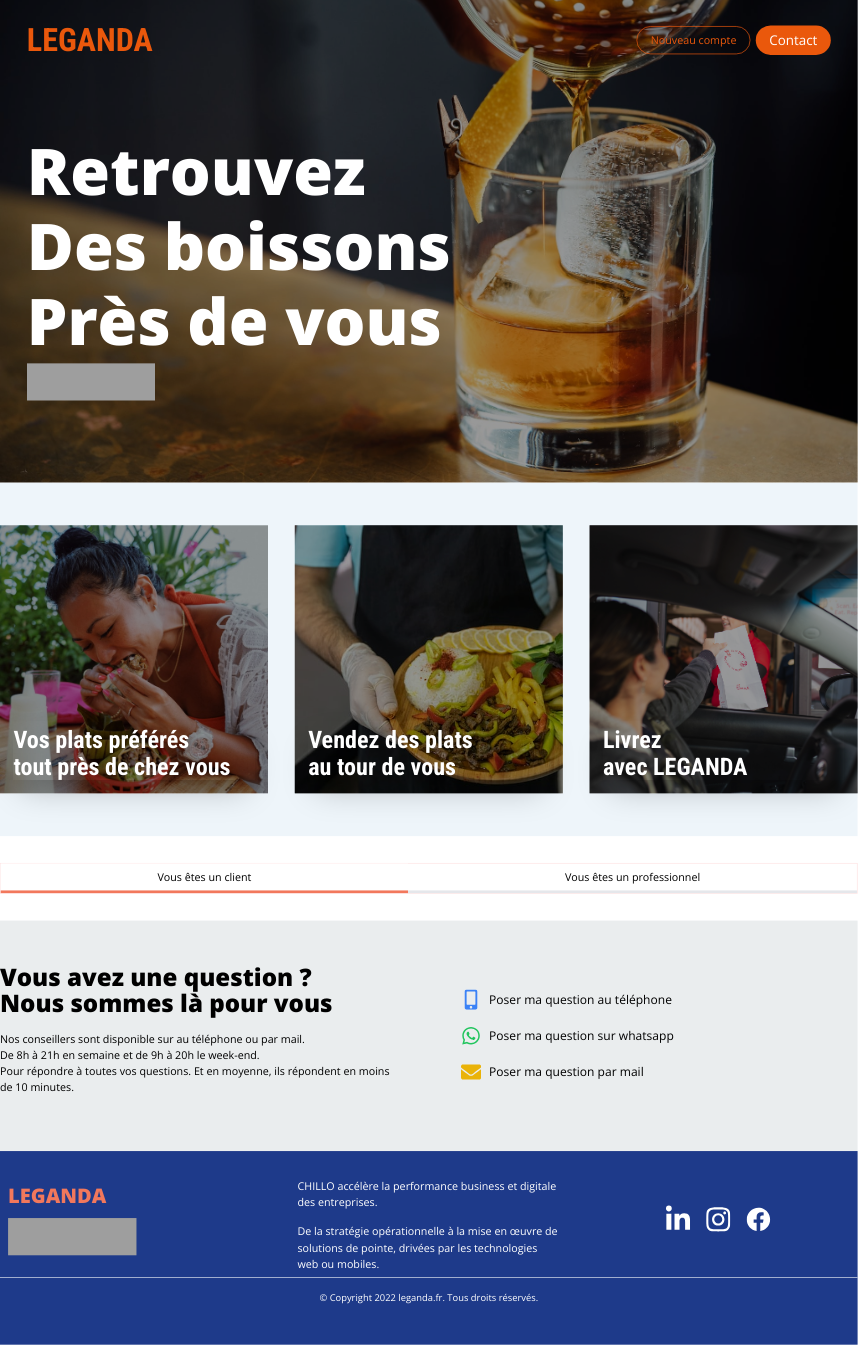
Repository: chillo-tech/website-leganda
Page: /
The author's editor kept a copy of each file at every save. The page is drawn from the files as they stood at one save, then again after the next save.
The browser window is 1280 px wide. The pictures show the whole page, at 67% of full size.
Pictures or frames that could not be fetched are drawn as grey boxes. The project was rebuilt for these pictures with package versions that can differ from the ones it lists, and the page was loaded fresh each time. Some packages were replaced by stand-ins written for this rebuild. The framework's server and built-in components were replaced by stand-ins that run in the browser. Also part of the build but not shown: next.config.js, components/header/items/SearchBar.tsx.

Above is the page before, as saved 2023-02-09 11:28:27.

After the next save:
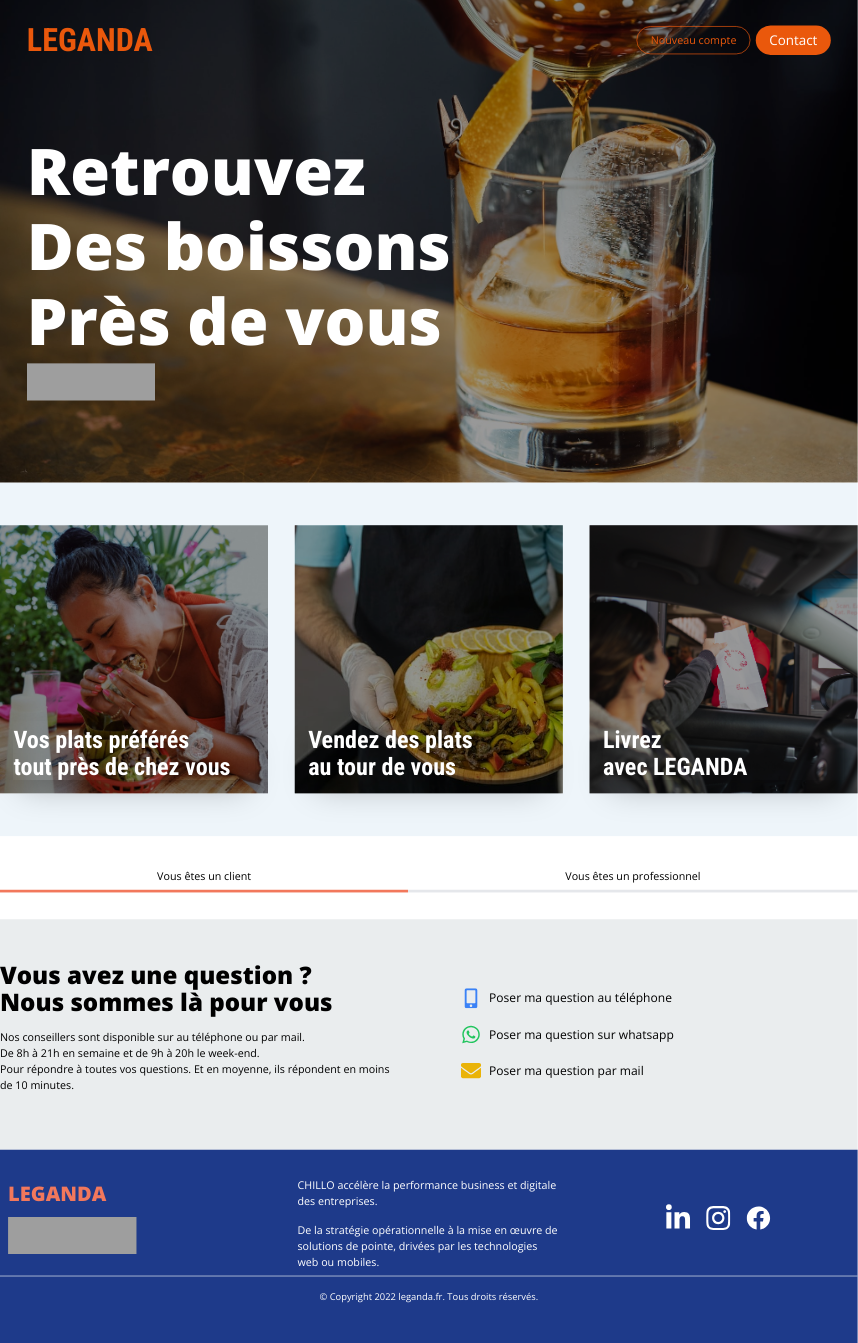
Saved 18 s later.
--- a/components/tabs/index.tsx
+++ b/components/tabs/index.tsx
@@ -5,7 +5,7 @@
   const [activeTab, setActiveTab] = useState("tab-0");
   return (
     <section className='container px-3 md:px-0 py-10'>
-      <ul className='flex  border border-red-100 justtify-center items-center'>
+      <ul className='flex justtify-center items-center'>
         {items.map((item: any, index: number) => (
           <li key={`tab-${index}`} className={classNames('grow border-b-4',{ 'bg-white border-app-orange': activeTab === `tab-${index}` })}>
             <button type='button' className='w-full py-2'>{item.label}</button>
